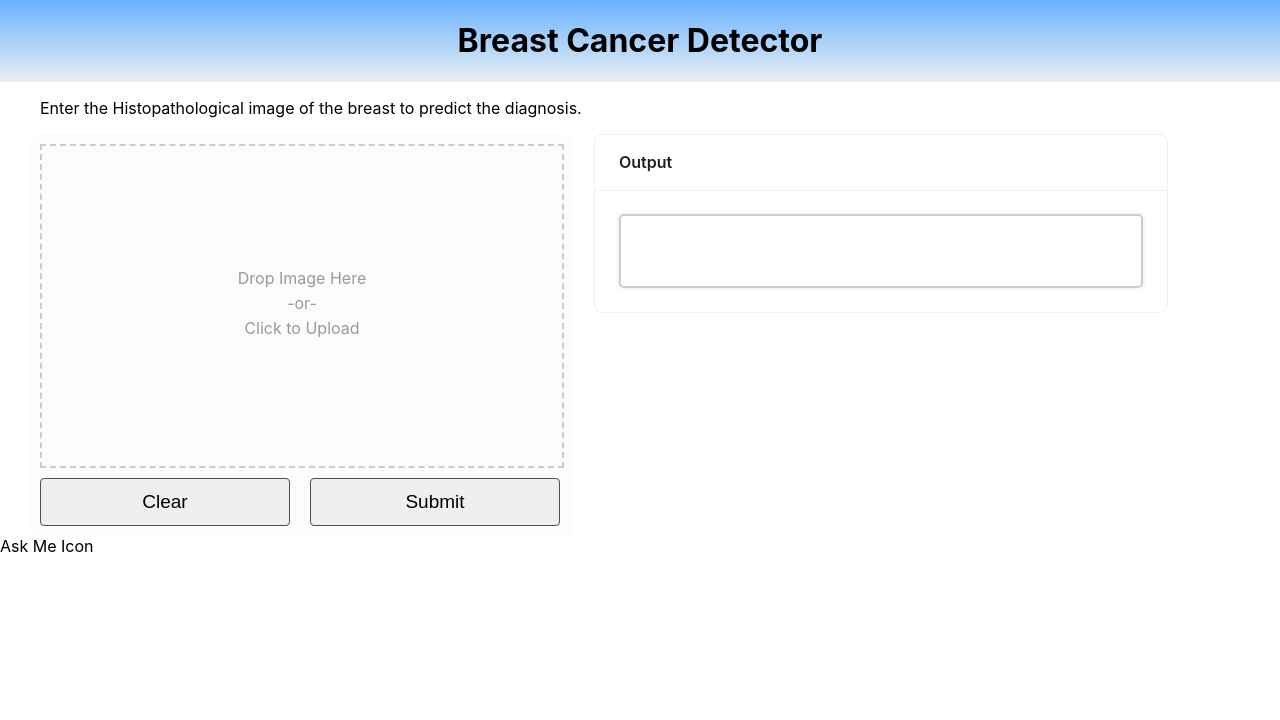
Repository: xshamrose/RAYi-AI
Page: /BreastCancerDetector-app (app in client/)
These files come from the project's save history. The page is drawn as it stood at one moment and after the next save; the edit follows.
The browser window is 1280 px wide. The pictures show the whole page.
The project was rebuilt for these pictures with package versions that can differ from the ones it lists, and the page was loaded fresh each time. Also part of the build but not shown: client/src/App.css, client/src/pages/Home.js, client/src/pages/home.css.

Above is the page before, as saved 2024-03-09 12:54:46.

### client/src/App.js
import "./App.css";
import React from "react";
import Candetect from "./pages/Candetect";
import Home from "./pages/Home";
import "./pages/home.css";
import { BrowserRouter as Router, Routes, Route } from "react-router-dom";

function App() {
  return (
    <div className="App">
      <Router>
        <Routes>
          <Route exact path="/" element={<Home />} />
          <Route path="/BreastCancerDetector-app" element={<Candetect />} />

          {/*  Future Use for Pipe Counting Detection
          <Route
            path="/Pipe"
            element={<Candetect title={headerTitle} content={content} />}
          /> */}
        </Routes>
      </Router>
    </div>
  );
}

export default App;

### client/src/pages/Candetect.js
import React, { useState } from "react";
import "../pages/Candetect.css";
import { Card } from "antd";
import deleteicon from "../assets/delete-.svg";
import axios from "axios";

function Candetect() {
  const [imageFile, setImageFile] = useState(null);
  const [errorMessage, setErrorMessage] = useState("");
  const [loading, setLoading] = useState(false);
  const [responseData, setResponseData] = useState("");

  const handleFileInputChange = (event) => {
    const file = event.target.files[0];
    if (file) {
      setImageFile(file);
    }
  };

  const handleClearImage = () => {
    setImageFile(null);
    //reset the file input
    const fileInput = document.getElementById("file-input");
    if (fileInput) {
      fileInput.value = "";
    }
    setErrorMessage("");
  };

  const handleDeleteImage = () => {
    setImageFile(null);
    //reset the file input
    const fileInput = document.getElementById("file-input");
    if (fileInput) {
      fileInput.value = "";
    }
  };

  const handleSubmit = () => {
    if (!imageFile) {
      setErrorMessage("Please upload an Image");
      console.log("Please upload an Image");
    } else {
      const formData = new FormData();
      formData.append("image", imageFile);
      setLoading(true);
      axios
        .post("http://ct.rayi.in:5002/predicttest", formData, {
          headers: {
            "Content-Type": "multipart/form-data",
          },
        })
        .then((response) => {
          setLoading(false);
          setResponseData(response.data);
          console.log(response.data);
        })
        .catch((error) => {
          if (error.response) {
            console.error("Error Response Data:", error.response.data);
            console.error("Error Response Status:", error.response.status);
          } else if (error.request) {
            console.error("No response received:", error.request);
          } else {
            console.error("Error:", error.message);
          }
          setErrorMessage("Failed to submit. Please try again.");
        });
    }
  };

  return (
    <div>
      <div
        style={{
          display: "flex",
          justifyContent: "center",
          alignContent: "center",
          flexWrap: "nowrap",
          alignItems: "center",
          backgroundImage: "linear-gradient(#69b1ff, #e9f0f2)",
          width: "100%",
        }}
      >
        <h1>Breast Cancer Detector</h1>
      </div>

      <p style={{ marginLeft: "40px" }}>
        Enter the Histopathological image of the breast to predict the
        diagnosis.
      </p>

      <div className="overallContainer">
        <div className="dragandbutton">
          <div className="image-upload-box">
            <input
              type="file"
              accept="image/*"
              id="file-input"
              className="file-input"
              onChange={handleFileInputChange}
            />
            {imageFile ? null : (
              <div>
                <label htmlFor="file-input" className="upload-label">
                  <span>Drop Image Here</span> <span>-or-</span>{" "}
                  <span>Click to Upload</span>{" "}
                </label>{" "}
                {errorMessage && (
                  <div className="error-message">{errorMessage}</div>
                )}{" "}
              </div>
            )}

            {imageFile && (
              <div className="image-preview">
                <img
                  src={URL.createObjectURL(imageFile)}
                  alt="Uploaded"
                  className="full-size-image"
                ></img>

                <div className="image-actions">
                  <img
                    src={deleteicon}
                    alt="Delete"
                    className="icon"
                    onClick={handleDeleteImage}
                  />
                </div>
              </div>
            )}
          </div>

          <div className="button-container">
            <button className="sbutton" onClick={handleClearImage}>
              Clear
            </button>
            <button className="sbutton" onClick={handleSubmit}>
              Submit
            </button>
          </div>
        </div>
        <div>
          <Card title="Output" hoverable>
            <div className="text-area">
              {loading ? (
                <div className="loader-all">
                  <div className="loader"></div>
                  <p>loading...</p>
                </div>
              ) : (
                responseData
              )}
            </div>
          </Card>
        </div>
      </div>
      <div className="ask-me-icon">
      {/* Replace 'Ask Me Icon' with your actual icon */}
      <span>Ask Me Icon</span>
    </div>
    </div>
  );
}

export default Candetect;

### client/src/pages/Candetect.css
/* Candetect.css */

.image-upload-box {
    position: relative;
    display: flex;
    flex-direction: column;
    align-items: center;
    justify-content: center;
    border: 2px dashed #ccc;
    padding: 10px;
    cursor: pointer;
    width: 500px; /* Adjust the width of the box as needed */
    height: 300px; /* Adjust the height of the box as needed */
  }

  .file-input {
    display: none;
  }

  .upload-label {
    display: flex;
    flex-direction: column;
    justify-content: center;
    align-items: center;
    color: #999;
    cursor: pointer;
  }

  .upload-label span {
    margin-bottom: 5px;
  }

  .image-preview {
    position: relative;
    width: 100%;
    height: 100%;
    overflow: hidden;
    object-fit: cover;
    display: flex;
    flex-direction: row;
    flex-wrap: nowrap;
    align-content: center;
    justify-content: center;
  }

.full-size-image{
  height: auto;
  width: 450px;
}

  .image-actions {
    padding: 5px;
  }


  .sbutton {
    display: inline-block;
    padding: 12px 24px;
    border: 1px solid #4f4f4f;
    border-radius: 4px;
    transition: all 0.2s ease-in;
    position: relative;
    overflow: hidden;
    font-size: 19px;
    cursor: pointer;
    color: black;
    z-index: 1;
    width: 250px;
  }

  .sbutton:before {
    content: "";
    position: absolute;
    left: 50%;
    transform: translateX(-50%) scaleY(1) scaleX(1.25);
    top: 100%;
    width: 140%;
    height: 180%;
    background-color: rgba(0, 0, 0, 0.05);
    border-radius: 50%;
    display: block;
    transition: all 0.5s 0.1s cubic-bezier(0.55, 0, 0.1, 1);
    z-index: -1;
  }

  .sbutton:after {
    content: "";
    position: absolute;
    left: 55%;
    transform: translateX(-50%) scaleY(1) scaleX(1.45);
    top: 180%;
    width: 160%;
    height: 190%;
    background-color: #000000;
    border-radius: 50%;
    display: block;
    transition: all 0.5s 0.1s cubic-bezier(0.55, 0, 0.1, 1);
    z-index: -1;
  }

  .sbutton:hover {
    color: #ffffff;
    border: 1px solid #101111;
  }

  .sbutton:hover:before {
    top: -35%;
    background-color: #101111;
    transform: translateX(-50%) scaleY(1.3) scaleX(0.8);
  }

  .sbutton:hover:after {
    top: -45%;
    background-color: #151616;
    transform: translateX(-50%) scaleY(1.3) scaleX(0.8);
  }
  .button-container{
    gap: 20px;
    display: flex;
    align-items: center;
  }

  .dragandbutton{
    display: flex;
    flex-direction: column;
    gap: 10px;
    background-color: #c1b9b90d;
    border-radius: 10px;
    padding: 10px;
  }

  .text-area {
    display: flex;
    width: 500px;
    height: 50px;
    padding: 10px;
    border: 2px solid #ccc;
    border-radius: 5px;
    font-size: 16px;
    outline: none;
    box-shadow: 0 0 5px rgba(0, 0, 0, 0.1);
  }

  .text-area:focus {
    border-color: #007bff;
  }
  .overallContainer{
    display: flex;
    flex-direction: row;
    gap: 20px;
    flex-wrap: wrap;
    margin-left: 30px;
  }
  .error-message{
    color: red;
    font-size: medium;
  }
  .icon {
    width: 25px;
    height: 25px;
    margin-left: 8px;
    border-radius: 50%;

  }
  .icon:hover{
    transform: scale(1.1);
    color: #000000;
  }

  .compass{
    height: 30px;
    width: 30px;
  }
  .loader {
    border: 4px solid rgba(0, 0, 0, 0.776);
    border-left-color: transparent;
    border-radius: 50%;
  }

  .loader {
    border: 4px solid rgba(0, 0, 0, 0.655);
    border-left-color: transparent;
    width: 25px;
    height: 25px;
  }

  .loader {
    border: 4px solid rgba(0, 0, 0, 0.705);
    border-left-color: transparent;
    width: 25px;
    height: 25px;
    animation: spin89345 1s linear infinite;
  }

  @keyframes spin89345 {
    0% {
      transform: rotate(0deg);
    }

    100% {
      transform: rotate(360deg);
    }
  }
  .loader-all{
    display: flex;
    flex-direction: row;
    gap: 10px;
    justify-content: flex-start;
    align-items: center;
  }

Loaded but not shown: client/public/index.html (common file); client/src/index.js (common file); client/src/index.css (common file); client/src/reportWebVitals.js (common file)

After the next save:
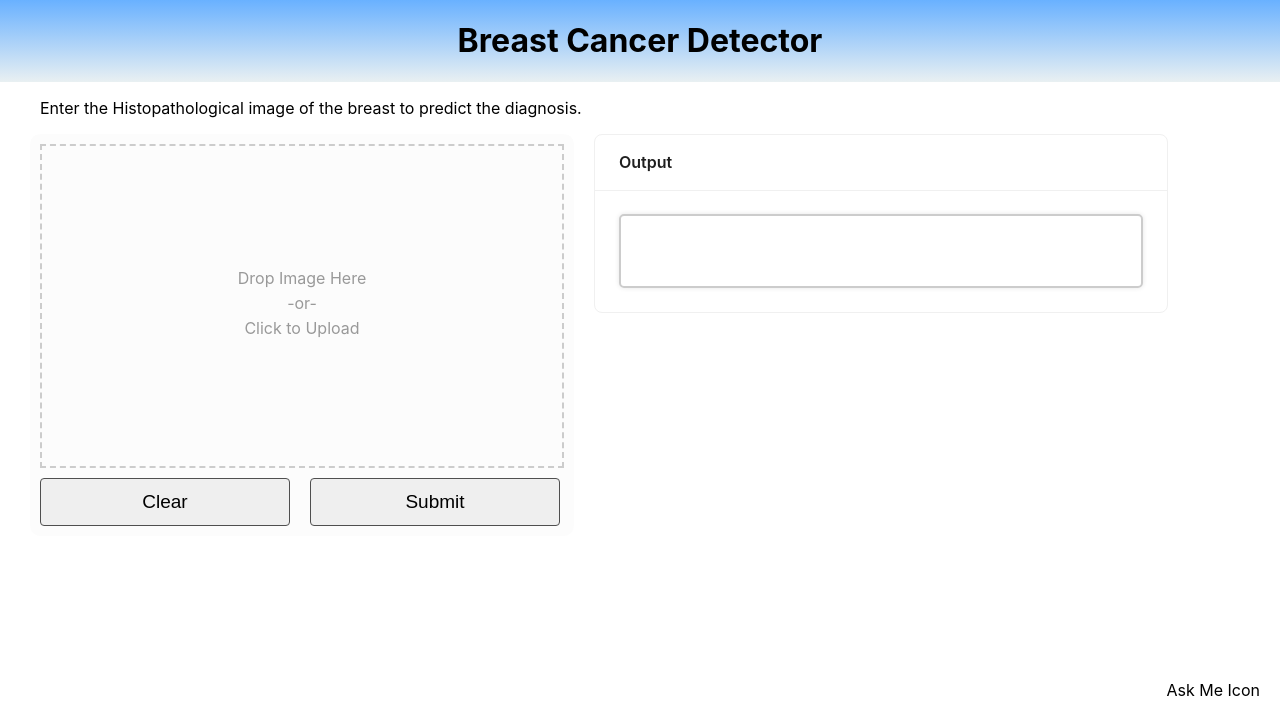
Saved 22 s later.
--- a/client/src/pages/Candetect.css
+++ b/client/src/pages/Candetect.css
@@ -208,3 +208,10 @@
     justify-content: flex-start;
     align-items: center;
   }
+  .ask-me-icon {
+    position: fixed;
+    bottom: 20px;
+    right: 20px;
+    cursor: pointer;
+    z-index: 1000; /* Ensure it's above other content */
+   }

After the 4 saves that followed:
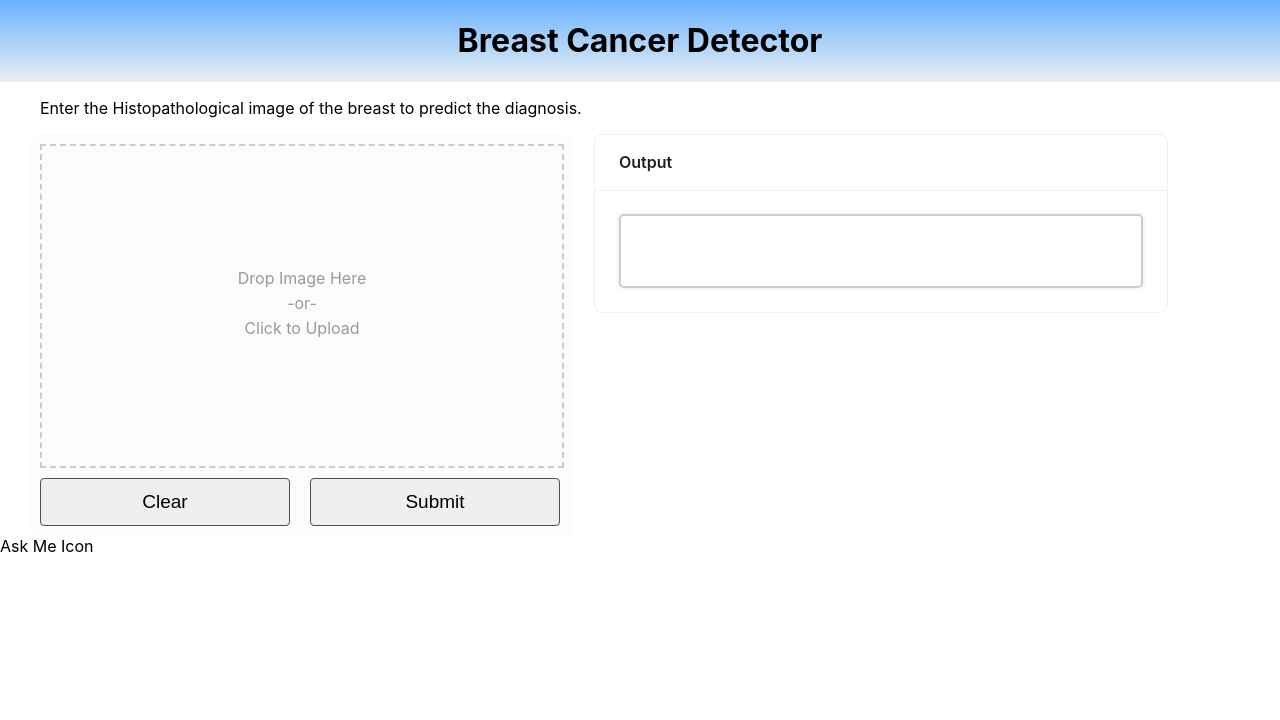
The 4 saves are shown as one change because 3 left the picture as it was.
The last was saved 12 min 56 s later.
--- a/client/src/pages/Candetect.css
+++ b/client/src/pages/Candetect.css
@@ -208,10 +208,58 @@
     justify-content: flex-start;
     align-items: center;
   }
-  .ask-me-icon {
+  /* .ask-me-icon {
     position: fixed;
     bottom: 20px;
     right: 20px;
     cursor: pointer;
-    z-index: 1000; /* Ensure it's above other content */
-   }
+     } */
+    .tooltip-container {
+      --background: linear-gradient(45deg, #22d3ee, #1f9df5);
+      position: relative;
+      background: var(--background);
+      cursor: pointer;
+      transition: all 0.2s;
+      font-size: 17px;
+      padding: 0.7em 1.8em;
+      border-radius: 8px;
+      box-shadow: 0 4px 6px rgba(0, 0, 0, 0.1);
+      color: #fff;
+    }
+
+    .tooltip {
+      position: absolute;
+      top: 100%;
+      left: 50%;
+      transform: translateX(-50%) scale(0.8);
+      transform-origin: bottom;
+      padding: 0.3em 0.6em;
+      opacity: 0;
+      pointer-events: none;
+      transition: all 0.3s;
+      background: var(--background);
+      border-radius: 4px;
+      box-shadow: 0 2px 4px rgba(0, 0, 0, 0.1);
+    }
+
+    .tooltip::before {
+      position: absolute;
+      content: "";
+      height: 0.6em;
+      width: 0.6em;
+      bottom: -0.2em;
+      left: 50%;
+      transform: translate(-50%) rotate(45deg);
+      background: var(--background);
+    }
+
+    .tooltip-container:hover .tooltip {
+      top: -45px;
+      opacity: 1;
+      visibility: visible;
+      pointer-events: auto;
+      transform: translateX(-50%) scale(1);
+    }
+    .tooltip-container:hover {
+      transform: scale(0.9);
+    }
